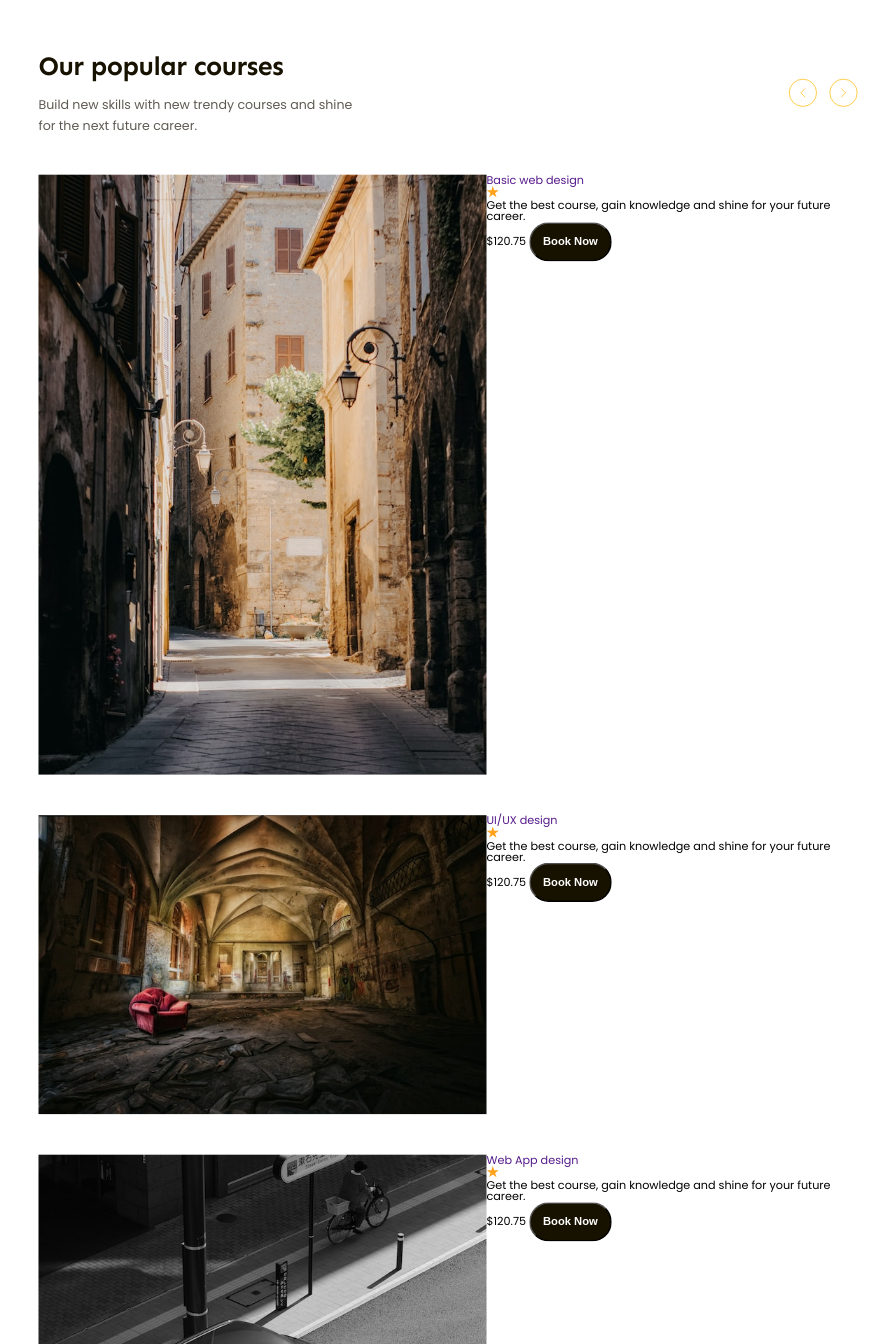
Repository: empty24062002/f8-htmlcss-02-pratice
Page: index.html
An editor plug-in stored every save of this project. The page is shown before and after the next save, followed by the edit.
The browser window is 1280 px wide. The pictures show the part of the page from y = 1001 to 2921 px (the page is 5187 px tall), at 70% of full size.
A picture or video elsewhere on the page could not be fetched, so the positions and the page height are approximate.

Above is the page before, as saved 2023-07-19 07:37:26.

After the next save:
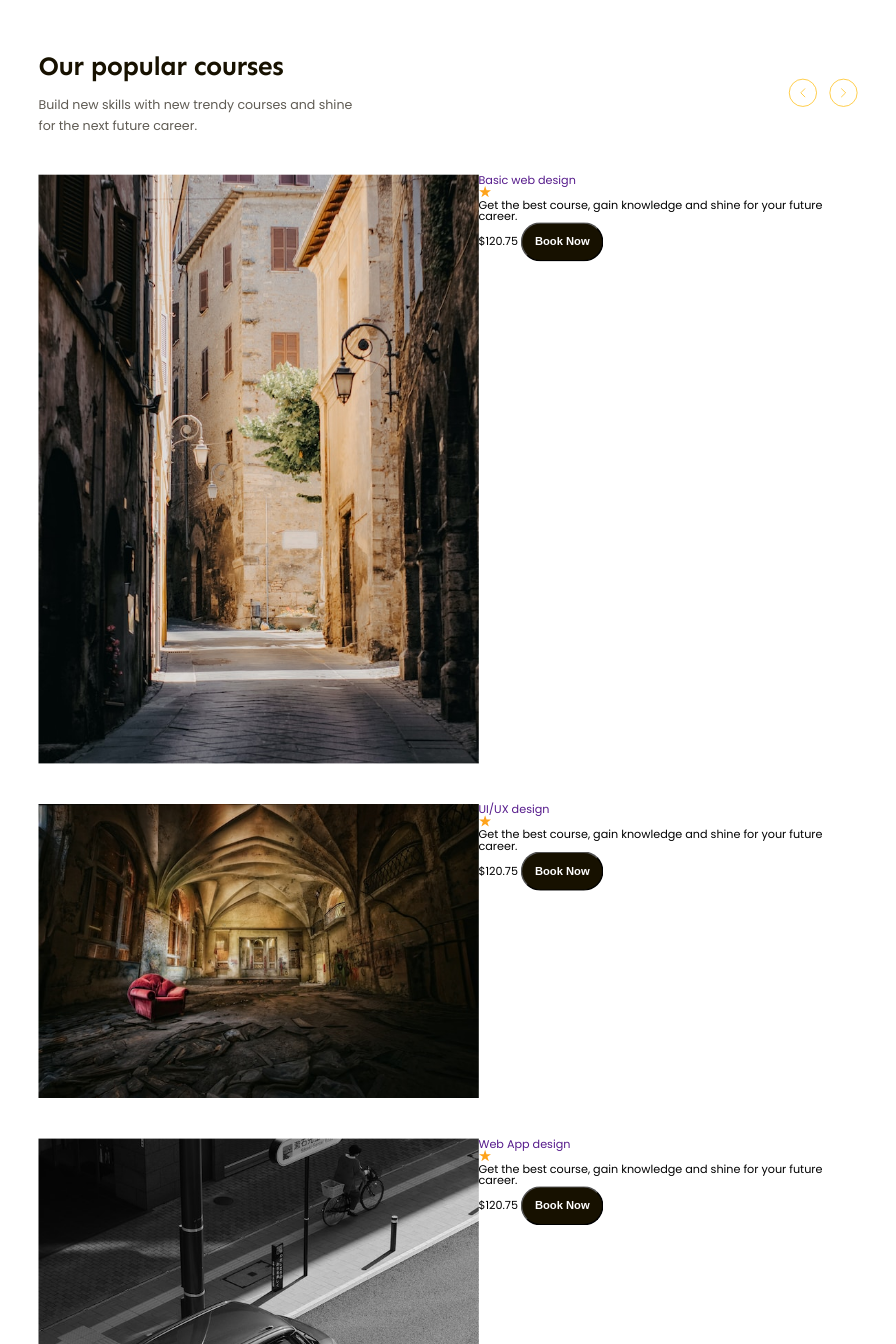
Saved 38 s later.
--- a/assets/css/styles.css
+++ b/assets/css/styles.css
@@ -314,3 +314,7 @@
     display: flex;
     margin-top: 55px;
 }
+
+.popular .course-item .thumb {
+    width: 100%;
+}
